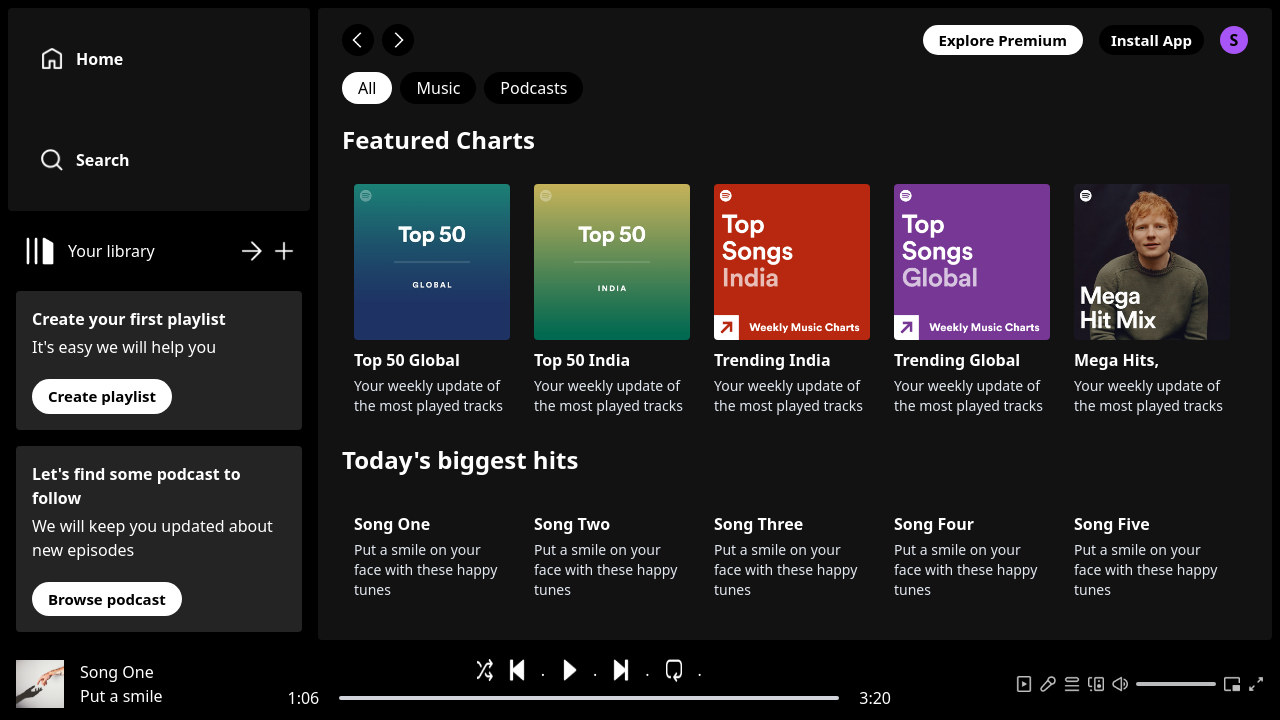
Repository: duttasayan835/Spotify_clone
Page: /
The author's editor kept a copy of each file at every save. The page is drawn from the files as they stood at one save, then again after the next save.
The browser window is 1280 px wide. The pictures show the whole page.
An inner scrolling area shows only its first screen. The project was rebuilt for these pictures with package versions that can differ from the ones it lists, and the page was loaded fresh each time. Also part of the build but not shown: vite.config.js. Imported but missing from the stored project, and not drawn on this page: src/assets/song1.mp3, src/assets/song2.mp3, src/assets/song3.mp3.

Above is the page before, as saved 2024-08-11 16:18:00.

### src/main.jsx
import { StrictMode } from "react";
import { createRoot } from "react-dom/client";
import App from "./App.jsx";
import "./index.css";
// eslint-disable-next-line no-unused-vars
import { BrowserRouter } from "react-router-dom";

createRoot(document.getElementById("root")).render(
  <StrictMode>
    <BrowserRouter>
      <App />
    </BrowserRouter>
  </StrictMode>
);

### src/App.jsx
//<<<<<<< ⌬ Tabnine Instruct <<<<<<<
// eslint-disable-next-line no-unused-vars
import React from "react";
//>>>>>>> ⌬ Tabnine Instruct >>>>>>>
import Sidebar from "./Components/Sidebar";
import Player from "./Components/Player";
import Display from "./Components/Display";
const App = () => {
  return (
    <div className="h-screen bg-black">
      <div className="h-[90%] flex">
        <Sidebar />
        <Display />
      </div>
      <Player />
    </div>
  );
};

export default App;

### src/Components/Sidebar.jsx
// eslint-disable-next-line no-unused-vars
import React from "react";
import { assets } from "../assets/assets";
import { useNavigate } from "react-router-dom";
const sidebar = () => {
  const navigate = useNavigate();
  return (
    <div className="w-[25%] h-full p-2 flex-col gap-2 text-white hidden lg:flex ">
      <div className="bg-[#121212] h-[50%] rounded flex flex-col justify-around">
        <div
          onClick={() => navigate("/")}
          className="flex items-center gap-3 pl-8 cursor-pointer"
        >
          <img className="w-6" src={assets.home_icon} alt="" />
          <p className="font-bold ">Home</p>
        </div>
        <div className="flex items-center gap-3 pl-8 cursor-pointer">
          <img className="w-6" src={assets.search_icon} alt="" />
          <p className="font-bold ">Search</p>
        </div>
      </div>
      <div className="bg-[#121212 h-[85%] rounded">
        <div className="flex items-center justify-between p-4">
          <div className="flex items-center gap-3">
            <img className="w-8 " src={assets.stack_icon} alt="" />
            <p className="font">Your library</p>
          </div>
          <div className="flex items-center gap-3">
            <img className="w-5" src={assets.arrow_icon} alt="" />
            <img className="w-5" src={assets.plus_icon} alt="" />
          </div>
        </div>
        <div className="p-4 bg-[#242424] m-2 rounded font-semibold flex flex-col items-start justify-start gap-1 pl-4 ">
          <h1>Create your first playlist</h1>
          <p className="font-light">It's easy we will help you</p>
          <button className="px-4 py-1.5 bg-white text-[15px] text-black rounded-full mt-4">
            Create playlist
          </button>
        </div>
        <div className="p-4 bg-[#242424] m-2 rounded font-semibold flex flex-col items-start justify-start gap-1 pl-4 mt-4">
          <h1>Let's find some podcast to follow</h1>
          <p className="font-light">
            We will keep you updated about new episodes
          </p>
          <button className="px-4 py-1.5 bg-white text-[15px] text-black rounded-full mt-4">
            Browse podcast
          </button>
        </div>
      </div>
    </div>
  );
};

export default sidebar;

### src/Components/Player.jsx
// eslint-disable-next-line no-unused-vars
import React from "react";
import { assets, songsData } from "../assets/assets";

const Player = () => {
  return (
    <div className="h-[10%] bg-black flex justify-between items-center text-white px-4 ">
      <div className="hidden gap-4 lg:flex item-center ">
        <img className="w-12" src={songsData[0].image} alt="" />
        <div>
          <p>{songsData[0].name}</p>
          <p>{songsData[0].desc.slice(0, 12)}</p>
        </div>
      </div>
      <div className="flex flex-col items-center gap-1 m-auto">
        <div className="flex gap-4">
          <img
            className="w-4 cursor-pointer"
            src={assets.shuffle_icon}
            alt=""
          />
          <img className="w-4 cursor-pointer" src={assets.prev_icon} alt="" />.
          <img className="w-4 cursor-pointer" src={assets.play_icon} alt="" />.
          <img className="w-4 cursor-pointer" src={assets.next_icon} alt="" />.
          <img className="w-4 cursor-pointer" src={assets.loop_icon} alt="" />.
        </div>
        <div className="flex items-center gap-5">
          <p>1:06</p>
          <div className="w-[60vw] max-w-[500px] bg-gray-300 rounded-full cursor-pointer">
            <hr className="w-0 h-1 bg-green-800 border-none rounded-full " />
          </div>
          <p>3:20</p>
        </div>
      </div>
      <div className="items-center hidden gap-2 opacity-75 lg:flex">
        <img className="w-4" src={assets.plays_icon} alt="" />
        <img className="w-4" src={assets.mic_icon} alt="" />
        <img className="w-4" src={assets.queue_icon} alt="" />
        <img className="w-4" src={assets.speaker_icon} alt="" />
        <img className="w-4" src={assets.volume_icon} alt="" />
        <div className="w-20 h-1 rounded bg-slate-50"></div>
        <img className="w-4" src={assets.mini_player_icon} alt="" />
        <img className="w-4" src={assets.zoom_icon} alt="" />
      </div>
    </div>
  );
};

export default Player;

### src/Components/Display.jsx
// eslint-disable-next-line no-unused-vars
import React from "react";
import { Route, Routes } from "react-router-dom";
import DisplayHome from "./DisplayHome";

const Display = () => {
  return (
    <div className="w-[100%] m-2 px-6 pt-4 rounded bg-[#121212] text-white overflow-auto lg:w-[75%] lg:ml-0">
      <Routes>
        <Route path="/" element={<DisplayHome />} />
      </Routes>
    </div>
  );
};

export default Display;

### src/assets/assets.js
import bell_icon from "./bell.png";
import home_icon from "./home.png";
import like_icon from "./like.png";
import loop_icon from "./loop.png";
import mic_icon from "./mic.png";
import next_icon from "./next.png";
import play_icon from "./play.png";
import pause_icon from "./pause.png";
import plays_icon from "./plays.png";
import prev_icon from "./prev.png";
import search_icon from "./search.png";
import shuffle_icon from "./shuffle.png";
import speaker_icon from "./speaker.png";
import stack_icon from "./stack.png";
import zoom_icon from "./zoom.png";
import plus_icon from "./plus.png";
import arrow_icon from "./arrow.png";
import mini_player_icon from "./mini-player.png";
import queue_icon from "./queue.png";
import volume_icon from "./volume.png";
import arrow_right from "./right_arrow.png";
import arrow_left from "./left_arrow.png";
import spotify_logo from "./spotify_logo.png";
import clock_icon from "./clock_icon.png";
import img1 from "./img1.jpg";
import img2 from "./img2.jpg";
import img3 from "./img3.jpg";
import img4 from "./img4.jpg";
import img5 from "./img5.jpg";
// eslint-disable-next-line no-unused-vars
import img6 from "./img6.jpg";
import img7 from "./img7.jpg";
import img8 from "./img8.jpg";
import img9 from "./img9.jpg";
import img10 from "./img10.jpg";
import img11 from "./img11.jpg";
import img12 from "./img12.jpg";
// eslint-disable-next-line no-unused-vars
import img13 from "./img13.jpg";
import img14 from "./img14.jpg";
import img15 from "./img15.jpg";
import img16 from "./img16.jpg";
import song1 from "./song1.mp3";
import song2 from "./song2.mp3";
import song3 from "./song3.mp3";

export const assets = {
  bell_icon,
  home_icon,
  like_icon,
  loop_icon,
  mic_icon,
  next_icon,
  play_icon,
  plays_icon,
  prev_icon,
  search_icon,
  shuffle_icon,
  speaker_icon,
  stack_icon,
  zoom_icon,
  plus_icon,
  arrow_icon,
  mini_player_icon,
  volume_icon,
  queue_icon,
  pause_icon,
  arrow_left,
  arrow_right,
  spotify_logo,
  clock_icon,
};

export const albumsData = [
  {
    id: 0,
    name: "Top 50 Global",
    image: img8,
    desc: "Your weekly update of the most played tracks",
    bgColor: "#2a4365",
  },
  {
    id: 1,
    name: "Top 50 India",
    image: img9,
    desc: "Your weekly update of the most played tracks",
    bgColor: "#22543d",
  },
  {
    id: 2,
    name: "Trending India",
    image: img10,
    desc: "Your weekly update of the most played tracks",
    bgColor: "#742a2a",
  },
  {
    id: 3,
    name: "Trending Global",
    image: img16,
    desc: "Your weekly update of the most played tracks",
    bgColor: "#44337a",
  },
  {
    id: 4,
    name: "Mega Hits,",
    image: img11,
    desc: "Your weekly update of the most played tracks",
    bgColor: "#234e52",
  },
  {
    id: 5,
    name: "Happy Favorites",
    image: img15,
    desc: "Your weekly update of the most played tracks",
    bgColor: "#744210",
  },
];

export const songsData = [
  {
    id: 0,
    name: "Song One",
    image: img1,
    file: song1,
    desc: "Put a smile on your face with these happy tunes",
    duration: "3:00",
  },
  {
    id: 1,
    name: "Song Two",
    image: img2,
    file: song2,
    desc: "Put a smile on your face with these happy tunes",
    duration: "2:20",
  },
  {
    id: 2,
    name: "Song Three",
    image: img3,
    file: song3,
    desc: "Put a smile on your face with these happy tunes",
    duration: "2:32",
  },
  {
    id: 3,
    name: "Song Four",
    image: img4,
    file: song1,
    desc: "Put a smile on your face with these happy tunes",
    duration: "2:50",
  },
  {
    id: 4,
    name: "Song Five",
    image: img5,
    file: song2,
    desc: "Put a smile on your face with these happy tunes",
    duration: "3:10",
  },
  {
    id: 5,
    name: "Song Six",
    image: img14,
    file: song3,
    desc: "Put a smile on your face with these happy tunes",
    duration: "2:45",
  },
  {
    id: 6,
    name: "Song Seven",
    image: img7,
    file: song1,
    desc: "Put a smile on your face with these happy tunes",
    duration: "2:18",
  },
  {
    id: 7,
    name: "Song Eight",
    image: img12,
    file: song2,
    desc: "Put a smile on your face with these happy tunes",
    duration: "2:35",
  },
];

### src/Components/DisplayHome.jsx
// eslint-disable-next-line no-unused-vars
import React from "react";
import Navbar from "./Navbar";
import { albumsData, songsData } from "../assets/assets";
import AlbumItem from "./AlbumItem";
import SongItem from "./SongsItem";
const DisplayHome = () => {
  return (
    <>
      <Navbar />
      <div className="mb-4">
        <h1 className="my-5 text-2xl font-bold ">Featured Charts</h1>
        <div className="flex overflow-auto">
          {albumsData.map((item, index) => (
            <AlbumItem
              key={index}
              name={item.name}
              desc={item.desc}
              id={item.id}
              image={item.image}
            />
          ))}
        </div>
      </div>
      <div className="mb-4">
        <h1 className="my-5 text-2xl font-bold ">Today's biggest hits</h1>
        <div className="flex overflow-auto">
          {songsData.map((item, index) => (
            <SongItem
              key={index}
              name={item.name}
              desc={item.desc}
              id={item.id}
            />
          ))}
        </div>
      </div>
    </>
  );
};

export default DisplayHome;

### src/Components/Navbar.jsx
// eslint-disable-next-line no-unused-vars
import React from "react";
import { assets } from "../assets/assets";
const Navbar = () => {
  return (
    <>
      <div className="flex items-center justify-between w-full font-semibold">
        <div className="flex items-center gap-2">
          <img
            className="w-8 p-2 bg-black cursor-pointer rounded-2xl"
            src={assets.arrow_left}
            alt=""
          />
          <img
            className="w-8 p-2 bg-black cursor-pointer rounded-2xl"
            src={assets.arrow_right}
            alt=""
          />
        </div>
        <div className="flex items-center gap-4">
          <p className="bg-white text-black text-[15px] px-4 py-1 rounded-2xl hidden md:block cursor-pointer">
            Explore Premium
          </p>
          <p className="bg-black py-1 px-3 rounded-2xl text-[15px] cursor-pointer ">
            Install App
          </p>
          <p className="flex items-center justify-center text-black bg-purple-500 rounded-full w-7 h-7">
            S
          </p>
        </div>
      </div>
      <div className="flex items-center gap-2 mt-4">
        <p className="px-4 py-1 text-black bg-white cursor-pointer rounded-2xl">
          All
        </p>
        <p className="px-4 py-1 bg-black cursor-pointer rounded-2xl">Music</p>
        <p className="px-4 py-1 bg-black cursor-pointer rounded-2xl ">
          Podcasts
        </p>
      </div>
    </>
  );
};

export default Navbar;

### src/Components/AlbumItem.jsx
// eslint-disable-next-line no-unused-vars
import React from "react";

const AlbumItem = ({ image, name, desc, id }) => {
  return (
    <div className="min-w-[180px] p-2 px-3 rounded cursor-pointer hover:bg[#ffffff26">
      <img className="rounded" src={image} alt="" />
      <p className="mt-2 mb-1 font-bold ">{name}</p>
      <p className="text-sm text-slate-200">{desc}</p>
    </div>
  );
};

export default AlbumItem;

### src/Components/SongsItem.jsx
/* eslint-disable no-unused-vars */
import React from "react";

// eslint-disable-next-line react/prop-types
const SongItem = ({ name, image, desc, id }) => {
  return (
    <div className="min-w-[180px] p-2 px-3 rounded cursor-pointer hover:bg-[#ffffff26]">
      <img className="rounded" src={image} alt="" />
      <p className="mt-2 mb-1 font-bold">{name}</p>
      <p className="text-sm text-slate-200">{desc}</p>
    </div>
  );
};

export default SongItem;

Loaded but not shown: src/index.css (common file); tailwind.config.js (common file)

After the next save:
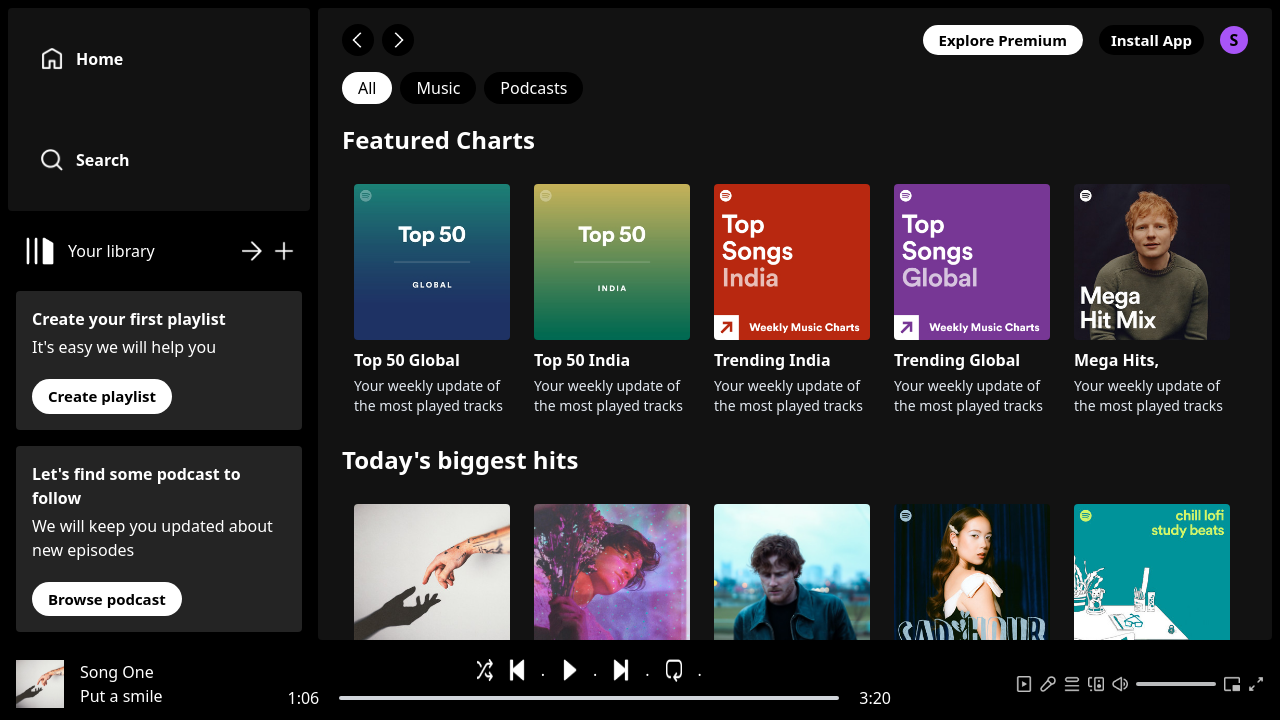
Saved 38 s later.
--- a/src/Components/DisplayHome.jsx
+++ b/src/Components/DisplayHome.jsx
@@ -31,6 +31,7 @@
               name={item.name}
               desc={item.desc}
               id={item.id}
+              image={item.image}
             />
           ))}
         </div>
